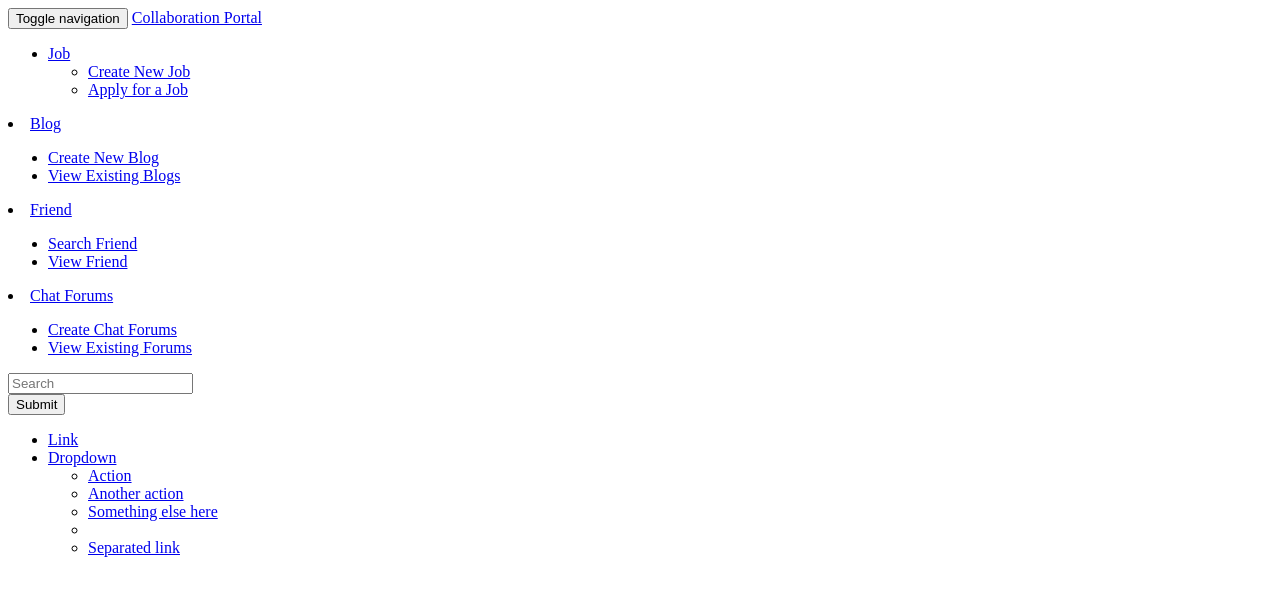
Repository: KaustubhKamat/CollaborationPlatform
Page: CollaborationFrontEnd/WebContent/NavBar.html
An editor plug-in stored every save of this project. The page is shown before and after the next save, followed by the edit.
The browser window is 1280 px wide. The pictures show the whole page.

Above is the page before, as saved 2017-03-02 05:02:03.

After the next save:
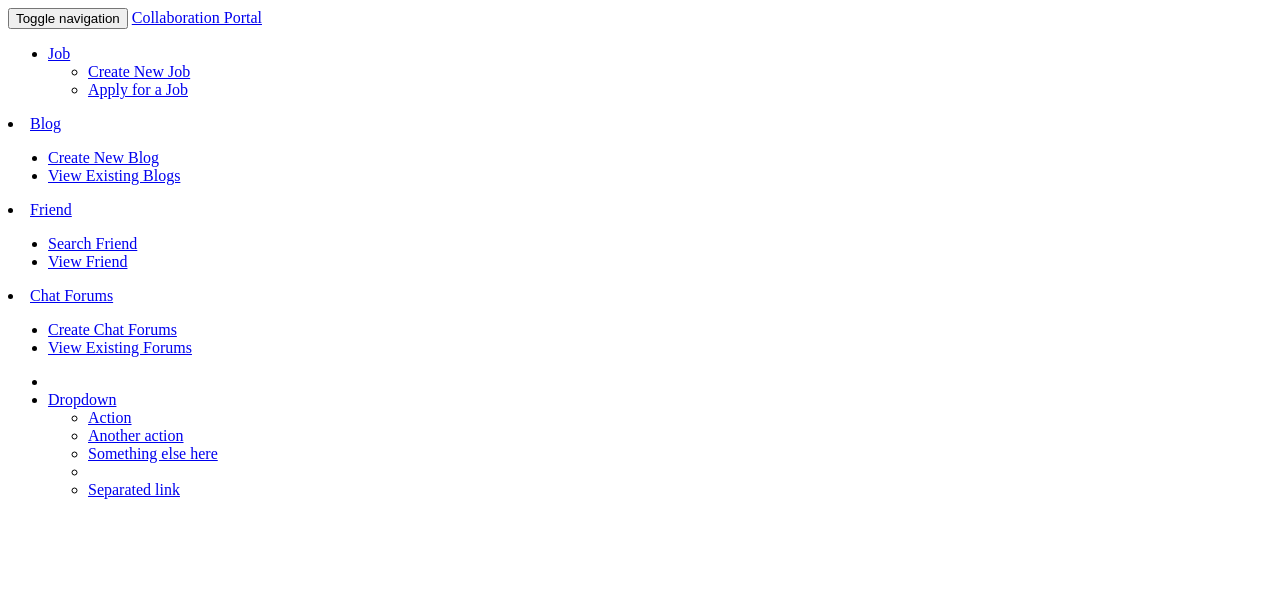
Saved 29 s later.
--- a/CollaborationFrontEnd/WebContent/NavBar.html
+++ b/CollaborationFrontEnd/WebContent/NavBar.html
@@ -50,14 +50,9 @@
 				</ul></li>
 			</ul>
 
-			<form class="navbar-form navbar-left">
-				<div class="form-group">
-					<input type="text" class="form-control" placeholder="Search">
-				</div>
-				<button type="submit" class="btn btn-default">Submit</button>
-			</form>
+
 			<ul class="nav navbar-nav navbar-right">
-				<li><a href="#">Link</a></li>
+				<li><a href="#"></a></li>
 				<li class="dropdown"><a href="#" class="dropdown-toggle"
 					data-toggle="dropdown" role="button" aria-haspopup="true"
 					aria-expanded="false">Dropdown <span class="caret"></span></a>
